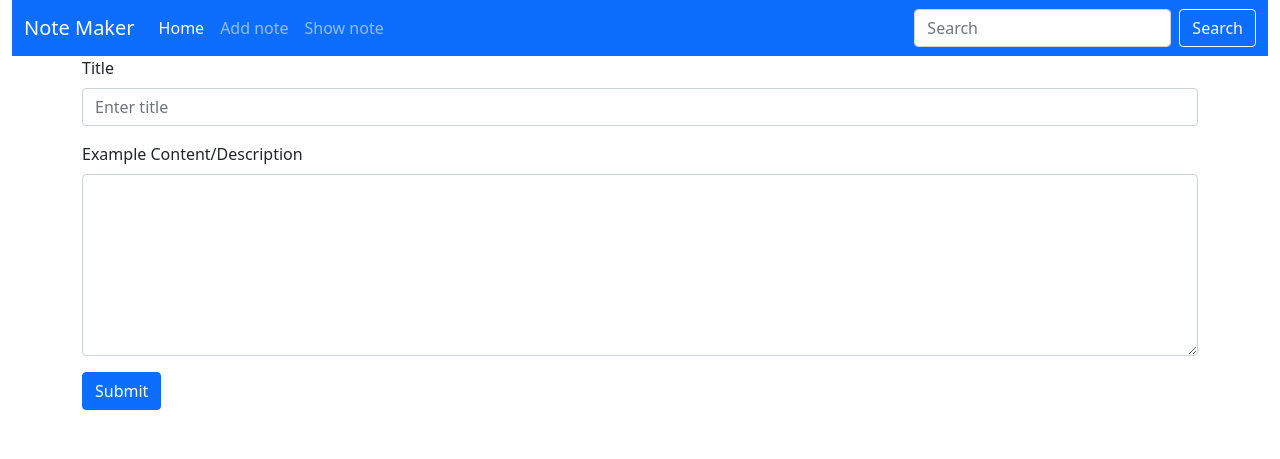
Repository: sachin1830/hibernateproject
Page: http://localhost/com.todolist/add_note.jsp
An editor plug-in stored every save of this project. The page is shown before and after the next save, followed by the edit.
The browser window is 1280 px wide. The pictures show the whole page.
Some web libraries are served in a nearby version. The page is served by Tomcat 9. Other server files are loaded and not shown.

Above is the page before, as saved 2021-01-22 04:23:01.

### com.todolist/src/main/webapp/add_note.jsp
<%@ page language="java" contentType="text/html; charset=ISO-8859-1"
	pageEncoding="ISO-8859-1"%>
<!DOCTYPE html>
<html>
<head>
<!-- Required meta tags -->
<meta charset="utf-8">
<meta name="viewport" content="width=device-width, initial-scale=1">

<!-- Bootstrap CSS -->
<link
	href="https://cdn.jsdelivr.net/npm/bootstrap@5.0.0-beta1/dist/css/bootstrap.min.css"
	rel="stylesheet"
	integrity="sha384-giJF6kkoqNQ00vy+HMDP7azOuL0xtbfIcaT9wjKHr8RbDVddVHyTfAAsrekwKmP1"
	crossorigin="anonymous">

<title>Add note</title>
</head>
<body>
	<div class="container-fluid">
		<%@include file="navbar.jsp"%>

	</div>
	<div class="container">
		<form>
			<div class="mb-3">
				<label for="title" class="form-label">Title</label> <input
					type="text" class="form-control" id="title"
					placeholder="Enter title">

			</div>
			<div class="mb-3">
				<label for="exampleFormControlTextarea1" class="form-label">Example
					Content/Description</label>
				<textarea class="form-control" id="exampleFormControlTextarea1"
					rows="7"></textarea>
			</div>
			<button type="submit" class="btn btn-primary">Submit</button>
		</form>

	</div>

	<script
		src="https://cdn.jsdelivr.net/npm/bootstrap@5.0.0-beta1/dist/js/bootstrap.bundle.min.js"
		integrity="sha384-ygbV9kiqUc6oa4msXn9868pTtWMgiQaeYH7/t7LECLbyPA2x65Kgf80OJFdroafW"
		crossorigin="anonymous"></script>
	<script
		src="https://cdn.jsdelivr.net/npm/@popperjs/core@2.5.4/dist/umd/popper.min.js"
		integrity="sha384-q2kxQ16AaE6UbzuKqyBE9/u/KzioAlnx2maXQHiDX9d4/zp8Ok3f+M7DPm+Ib6IU"
		crossorigin="anonymous"></script>
	<script
		src="https://cdn.jsdelivr.net/npm/bootstrap@5.0.0-beta1/dist/js/bootstrap.min.js"
		integrity="sha384-pQQkAEnwaBkjpqZ8RU1fF1AKtTcHJwFl3pblpTlHXybJjHpMYo79HY3hIi4NKxyj"
		crossorigin="anonymous"></script>

</body>
</html>

### com.todolist/src/main/webapp/navbar.jsp
<nav class="navbar navbar-expand-lg navbar-dark bg-primary">
  <div class="container-fluid">
    <a class="navbar-brand" href="index.jsp">Note Maker</a>
    <button class="navbar-toggler" type="button" data-bs-toggle="collapse" data-bs-target="#navbarSupportedContent" aria-controls="navbarSupportedContent" aria-expanded="false" aria-label="Toggle navigation">
      <span class="navbar-toggler-icon"></span>
    </button>
    <div class="collapse navbar-collapse" id="navbarSupportedContent">
      <ul class="navbar-nav me-auto mb-2 mb-lg-0">

        <li class="nav-item">
          <a class="nav-link active" aria-current="page" href="index.jsp">Home</a>
        </li>
        <li class="nav-item">
          <a class="nav-link" href="add_note.jsp">Add note </a>
        </li>
         <li class="nav-item">
          <a class="nav-link" href="#">Show note </a>
        </li>

      </ul>
      <form class="d-flex">
        <input class="form-control me-2" type="search" placeholder="Search" aria-label="Search">
        <button class="btn btn-outline-light" type="submit">Search</button>
      </form>
    </div>
  </div>
</nav>

After the next save:
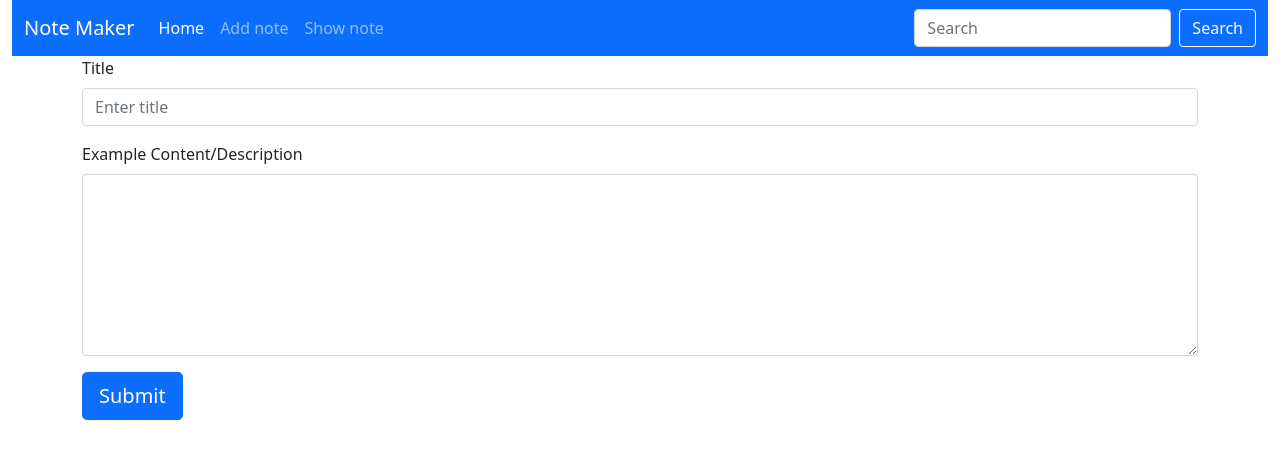
Saved 58 s later.
--- a/com.todolist/src/main/webapp/add_note.jsp
+++ b/com.todolist/src/main/webapp/add_note.jsp
@@ -35,7 +35,7 @@
 				<textarea class="form-control" id="exampleFormControlTextarea1"
 					rows="7"></textarea>
 			</div>
-			<button type="submit" class="btn btn-primary">Submit</button>
+			<button type="submit" class="btn btn-primary btn-lg">Submit</button>
 		</form>
 
 	</div>
